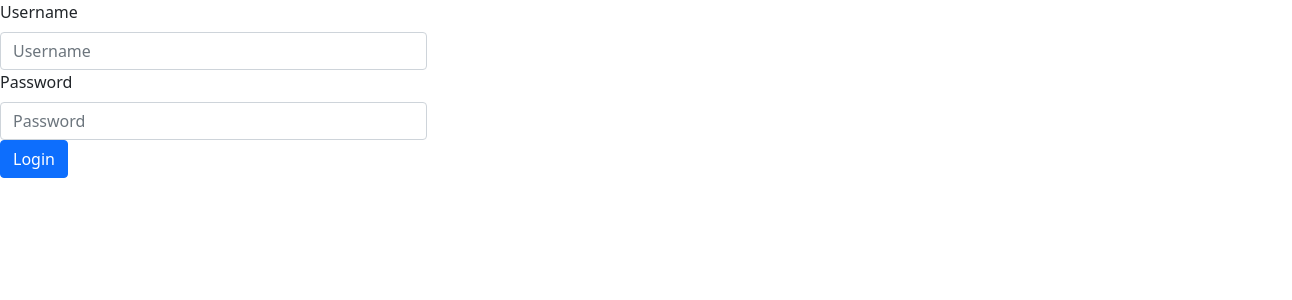
Repository: dilaraozdem1r/BooksApp
Page: /admin
The author's editor kept a copy of each file at every save. The page is drawn from the files as they stood at one save, then again after the next save.
The browser window is 1280 px wide. The page is 1292 px wide, then 1280 px, then 1292 px, so the pictures cover 1292 px, including what lies to the right of the window. The pictures show the whole page.
The page's requests for data from a server got no answer. The project was rebuilt for these pictures with package versions that can differ from the ones it lists, and the page was loaded fresh each time. No one was signed in, and anything a server would have sent is missing. Also part of the build but not shown: src/Components/BookList.js, src/Components/SearchBar.js.

Above is the page before, as saved 2021-08-20 13:23:25.

After the next save:
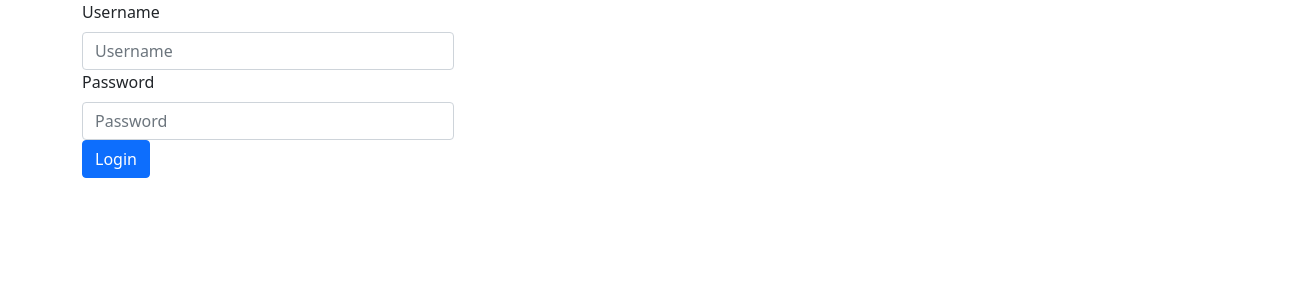
Saved 50 s later.
--- a/src/Components/Admin.js
+++ b/src/Components/Admin.js
@@ -6,7 +6,8 @@
         return (
             <Router>
                 <Switch>
-                <div class="row justify-content-center align-items-center">
+                <div class="container h-100">
+  <div class="row h-100 justify-content-center align-items-center">
                     <form>
                     <div class="col-md-4">
                             <label for="exampleInputEmail1" class="form-label">Username</label>
@@ -22,6 +23,7 @@
                                     <button type="submit" className="btn btn-primary">Login</button>
                     </form>
                     </div>
+                    </div>
                 </Switch>
         </Router>
 

After the 4 saves that followed:
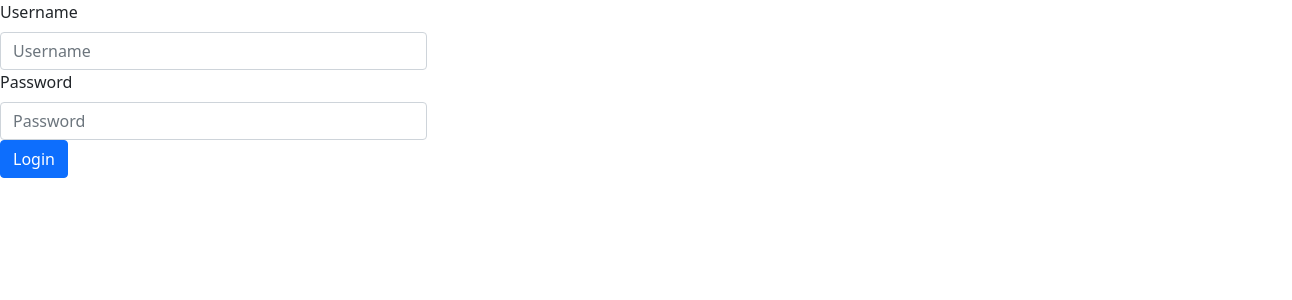
The 4 saves are shown as one change because 3 left the picture as it was.
The last was saved 118 s later.
--- a/src/Components/Admin.js
+++ b/src/Components/Admin.js
@@ -6,8 +6,8 @@
         return (
             <Router>
                 <Switch>
-                <div class="container h-100">
-  <div class="row h-100 justify-content-center align-items-center">
+                <div text-align= "center">
+  <div class="row h-500 justify-content-center align-items-center">
                     <form>
                     <div class="col-md-4">
                             <label for="exampleInputEmail1" class="form-label">Username</label>
